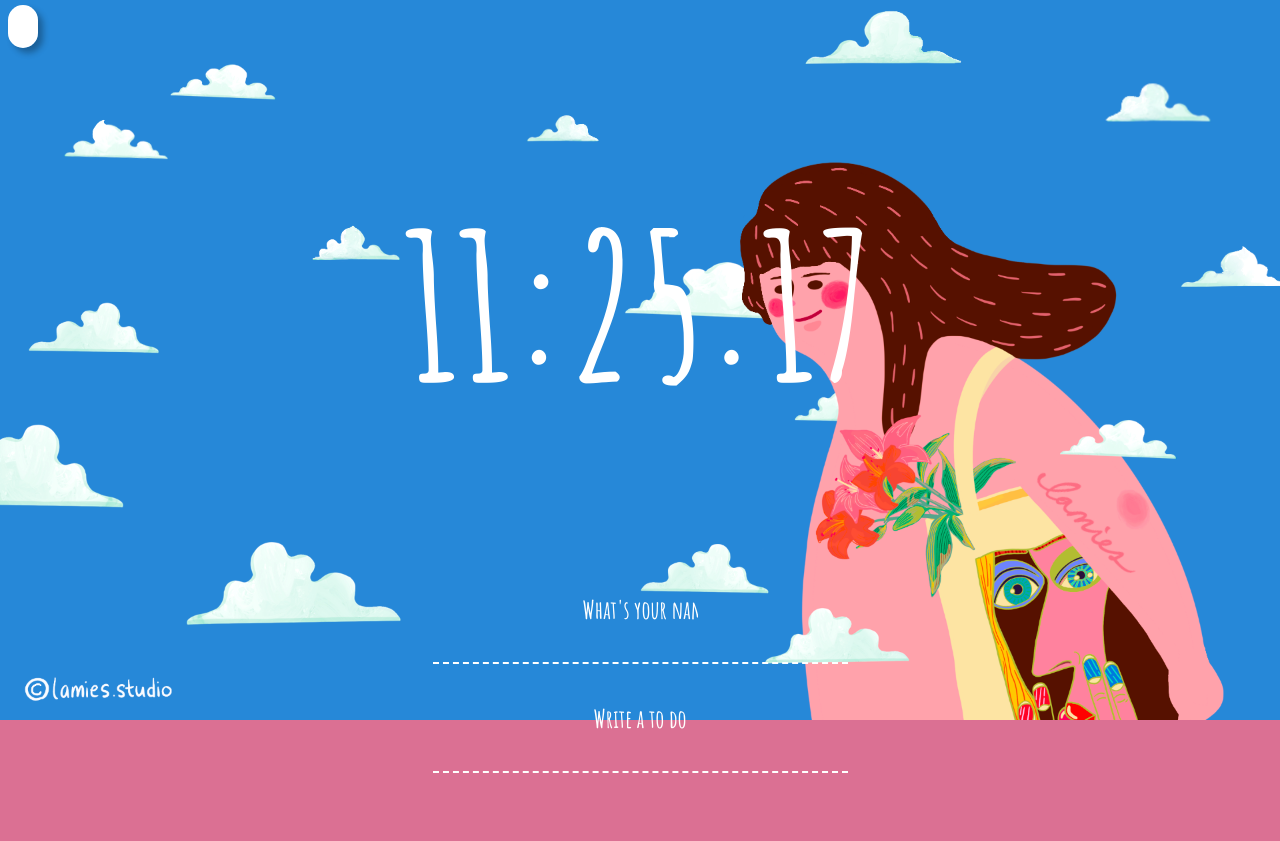
Repository: haleyjung/chrome_app
Page: index.html
These files come from the project's save history. The page is drawn as it stood at one moment and after the next save; the edit follows.
The browser window is 1280 px wide. The pictures show the whole page.

Above is the page before, as saved 2020-11-23 17:14:00.

### index.html
<!DOCTYPE html>
<html lang="en">
<head>
    <meta charset="UTF-8" />
    <meta name="viewport" content="width=device-width, initial-scale=1.0">
    <title>Chrome App</title>
    <link rel="stylesheet" href="index.css">
</head>
<body>

    <div>
        <span class="js-weather"></span>
    </div>

    <main>
        <div class="js-clock">
            <h1>00:00</h1>
        </div>

        <div class="js-name name"></div>

        <div>
            <form class="js-form form">
                <input type="text" placeholder="What's your name?" />
            </form>
        </div>

        <h4 class="js-greetings greetings"></h4>

        <form class="js-toDoForm">
            <input type="text" placeholder="Write a to do" />
        </form>
        <ul class="js-toDoList">
        </ul>
    </main>

    <script src="js/clock.js"></script>
    <script src="js/greeting.js"></script>
    <script src="js/todo.js"></script>
    <script src="js/bg.js"></script>
    <script src="js/weather.js"></script>
</body>

### index.css
@import url("https://fonts.googleapis.com/css2?family=Amatic+SC:wght@400;700&display=swap");

* {
  font-family: "Amatic SC", cursive;
  font-weight: 700;
}

body {
  background-color: palevioletred;
  color: white;
  font-size: 30px;
}

main {
  display: flex;
  flex-direction: column;
  justify-content: center;
  align-items: center;
}

.js-weather {
  padding: 3px 15px;
  border-radius: 30px;
  font-weight: 400;
  color: rgba(0, 0, 0, 0.4);
  background-color: white;
  box-shadow: 5px 5px 6px 0px rgba(0, 0, 0, 0.3);
}

.js-weather:hover {
  cursor: default;
  color: red;
}

.js-clock {
  display: flex;
  justify-content: center;
  align-items: center;
  font-size: 100px;
  cursor: default;
}

.js-name {
  font-size: 50px;
  padding-bottom: 10px;
  cursor: default;
}

.js-form,
.js-toDoForm {
  background-color: none;
}

.btn {
  cursor: pointer;
}

input {
  border: none;
  outline: none;
  border-bottom: 2px dashed white;
  background-color: transparent;
  padding: 40px 150px;
}

input::placeholder {
  text-align: center;
  color: white;
  font-size: 25px;
}

.form,
.greetings {
  display: none;
}

.showing {
  display: block;
}

.js-toDoList button {
  margin: 0px 10px 0px -80px;
  border: none;
  background-color: transparent;
  cursor: pointer;
}

ul {
  list-style-type: none;
}

@keyframes fadeIn {
  from {
    opacity: 0;
  }
  to {
    opacity: 1;
  }
}

.bgImage {
  position: absolute;
  top: 0;
  left: 0;
  width: 100%;
  height: 100%;
  z-index: -1;
  animation: fadeIn 0.5s linear;
}

### js/clock.js
const clockContainer = document.querySelector(".js-clock"),
    clockTitle = clockContainer.querySelector("h1");

function getTime() {
    const date = new Date();
    const minutes = date.getMinutes();
    const hours = date.getHours();
    const seconds = date.getSeconds();
    clockTitle.innerText = `${hours < 10 ? `0${hours}` : hours}:${
        minutes < 10 ? `0${minutes}` : minutes
    }:${seconds < 10 ? `0${seconds}` : seconds}`;
}

function init() {
    getTime();
    setInterval(getTime, 1000);
}

init();

### js/greeting.js
const nameContainer = document.querySelector(".js-name");

function paintName(name) {
    nameContainer.innerHTML = "";
    const title = document.createElement("span");
    title.className = "name__text";
    title.innerHTML = `Hello ${name}`;
    nameContainer.appendChild(title);
}

function handleSubmit(event) {
    event.preventDefault();
    const form = event.target;
    const input = form.querySelector("input");
    const value = input.value;
    localStorage.setItem("username", value);
    paintName(value);
}

function paintInput() {
    const input = document.createElement("input");
  input.placeholder = "What's your name?";
  input.type = "text";
  input.className = "name__input";
  const form = document.createElement("form");
  form.addEventListener("submit", handleSubmit);
  form.appendChild(input);
  nameContainer.appendChild(form);
}

function loadName(){
    const name = localStorage.getItem("username");
  if (name === null) {
    paintInput();
  } else {
    paintName(name);
  }
}

function init() {
    loadName();
}

init();

### js/todo.js
const toDoForm = document.querySelector(".js-toDoForm"),
    toDoInput = toDoForm.querySelector("input"),
    toDoList = document.querySelector(".js-toDoList");

const TODOS_LS = 'toDos';

let toDos = [];

function deleteToDo(event){
    const btn = event.target;
    const li = btn.parentNode;
    toDoList.removeChild(li);
    const cleanToDos = toDos.filter(function(toDo){
        return toDo.id !== parseInt(li.id);
    });
    toDos = cleanToDos
    saveToDos();
}

function saveToDos(){
    localStorage.setItem(TODOS_LS, JSON.stringify(toDos));
}

function paintToDo(text){
    const li = document.createElement("li");
    const delBtn = document.createElement("button");
    const span = document.createElement("span");
    const newId = toDos.length + 1;
    delBtn.innerText = "❌";
    delBtn.addEventListener("click", deleteToDo);
    span.innerText = text;
    li.appendChild(delBtn);
    li.appendChild(span);
    li.id = newId;
    toDoList.appendChild(li);
    const toDoObj = {
        text: text,
        id: newId
    };
    toDos.push(toDoObj);
    saveToDos();
}

function handleSubmit(event){
    event.preventDefault();
    const currentValue = toDoInput.value;
    paintToDo(currentValue);
    toDoInput.value = "";
}

function loadToDos() {
    const loadedToDos = localStorage.getItem(TODOS_LS);
    if(loadedToDos !== null){
        const parsedToDos = JSON.parse(loadedToDos);
        parsedToDos.forEach(function(toDo){
            paintToDo(toDo.text);
        });
    }
}

function init() {
    loadToDos();
    toDoForm.addEventListener("submit", handleSubmit)
}

init();

### js/bg.js
const body = document.querySelector("body");

const IMG_NUMBER = 3;

// If loading images from API, include the functions in these comments:
// function handleImgLoad(){
//     console.log('finished loading');
// }

function paintImage(imgNumber){
    const image = new Image();
    image.src = `/img/lamiesstudio-${imgNumber + 1}.png`;
    image.classList.add('bgImage');
    body.prepend(image);
    // image.addEventListener("loadend", handleImgLoad);
}

function genRandom(){
    const number = Math.floor(Math.random() * IMG_NUMBER);
    return number;
}

function init(){
    const randomNumber = genRandom();
    paintImage(randomNumber);
}

init();

### js/weather.js
const weather = document.querySelector(".js-weather");

const API_KEY = "1706261ffc689a5d0ffe73f0d2f8a925";
const COORDS = "coords";

function getWeather(lat, lng){
    fetch(`https://api.openweathermap.org/data/2.5/weather?lat=${lat}&lon=${lng}&appid=${API_KEY}&units=metric`
    ).then(function(response){
        return response.json();
    })
        .then(function(json){
        const temperature = json.main.temp;
        const place = json.name;
        weather.innerText = `${temperature}°C in ${place}`;
    });
}

function saveCoords(coordsObj){
    localStorage.setItem(COORDS, JSON.stringify(coordsObj));
}

function handleGeoSuccess(position){
    const latitude = position.coords.latitude;
    const longitude = position.coords.longitude;
    const coordsObj = {
        latitude,
        longitude
    };
    saveCoords(coordsObj);
    getWeather(latitude, longitude);
}

function handleGeoError(){
    console.log('Cant access geo location');
}

function askForCoords(){
    navigator.geolocation.getCurrentPosition(handleGeoSuccess, handleGeoError);
}

function loadCoords(){
    const loadedCoords = localStorage.getItem(COORDS);
    if(loadedCoords === null){
        askForCoords();
    } else {
        const parsedCoords = JSON.parse(loadedCoords);
        getWeather(parsedCoords.latitude, parsedCoords.longitude);
    }
}

function init(){
    loadCoords();
}

init();

After the next save:
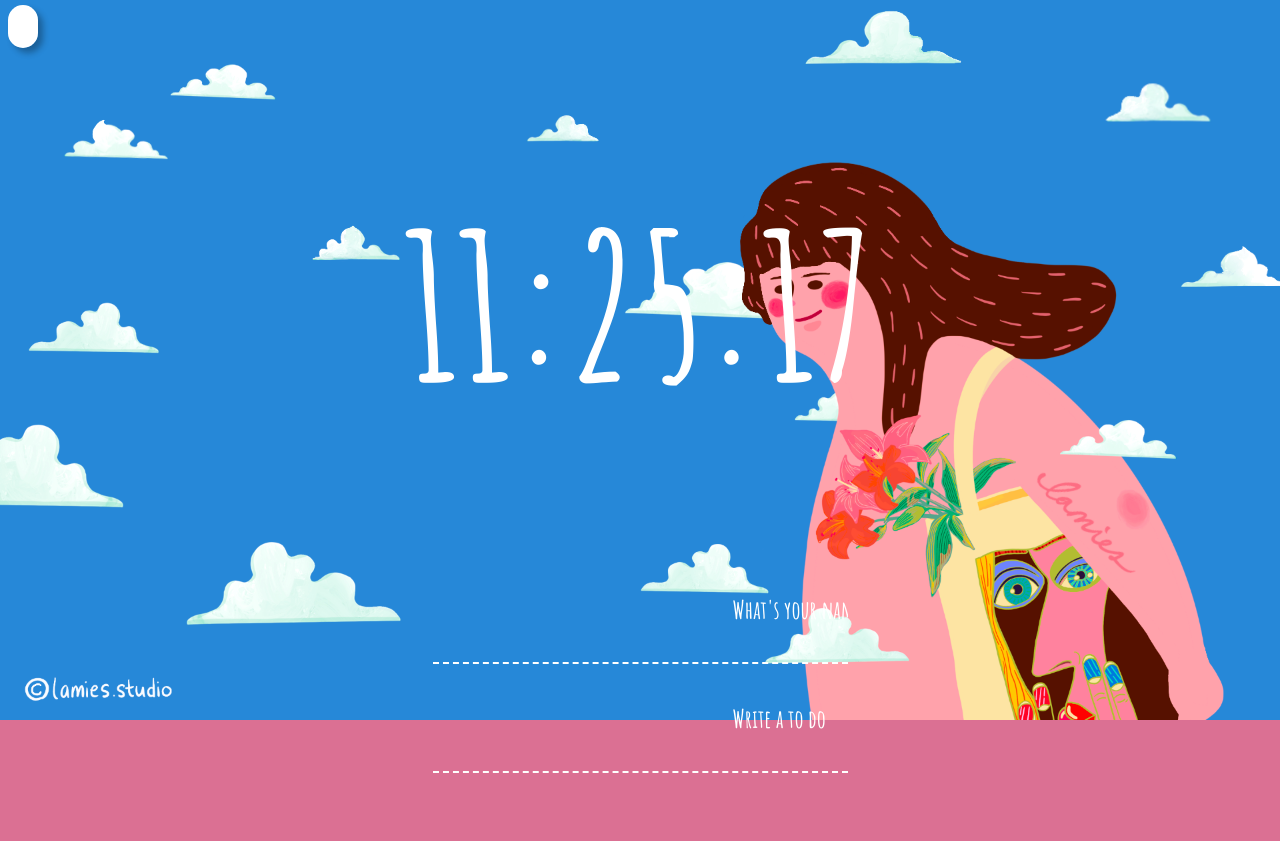
Saved 17 s later.
--- a/index.css
+++ b/index.css
@@ -67,6 +67,7 @@ input::placeholder {
   text-align: center;
   color: white;
   font-size: 25px;
+  padding: 150px;
 }
 
 .form,
